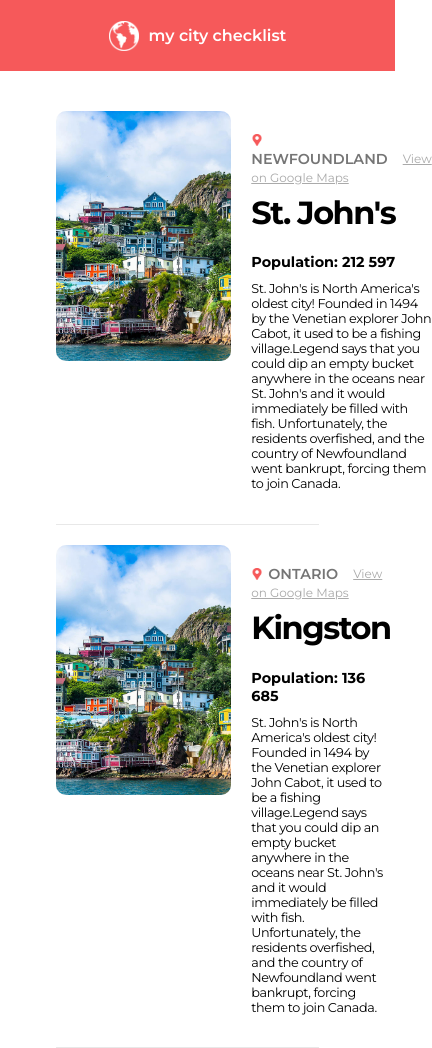
Repository: jsong552/my-city-checklist
Page: /
An editor plug-in stored every save of this project. The page is shown before and after the next save, followed by the edit.
The browser window is 375 px wide. The page is 432 px wide, then 395 px, so the pictures cover 432 px, including what lies to the right of the window. The pictures show the whole page.
The project was rebuilt for these pictures with package versions that can differ from the ones it lists, and the page was loaded fresh each time. Imported but missing from the stored project, and not drawn on this page: src/reportWebVitals.

Above is the page before, as saved 2023-12-29 20:33:54.

After the next save:
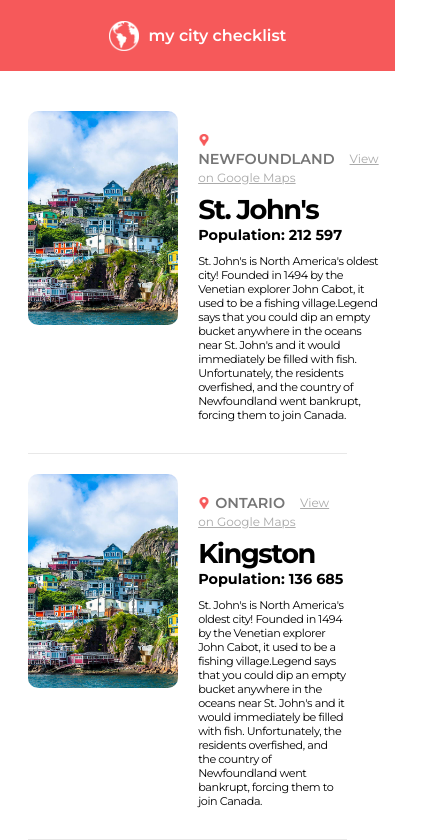
Saved 4 min 22 s later.
--- a/src/index.css
+++ b/src/index.css
@@ -95,13 +95,44 @@ body {
 }
 
 @media (max-width: 768px) {
+    .imageOfLocation {
+        height: 250px;
+        width: 175px;
+    }
+
     .card {
-        margin: auto;
-        padding-top: 20px;
-        padding-bottom: 20px;
-        border-bottom: 1px solid #bbbbbb55;
-        display: flex;
-        font-family: Montserrat;
-        width: 70%;
+        width: 85%;
+    }
+
+    .cardInfo p {
+        font-size: 0.7rem;
+        letter-spacing: -0.4px;
     }
 }
+
+@media (max-width: 580px) {
+    .imageOfLocation {
+        height: 214px;
+        width: 150px;
+    }
+
+    .card {
+        width: 85%;
+    }
+
+    .cardInfo p {
+        font-size: 0.7rem;
+        letter-spacing: -0.4px;
+    }
+
+    .cardInfo h1 {
+        font-size: 1.7rem;
+        margin-bottom: 0px;
+    }
+
+    .cardInfo h3 {
+        margin-top: 0px;
+        font-size: 0.9rem;
+        margin-bottom: 10px;
+    }
+}
